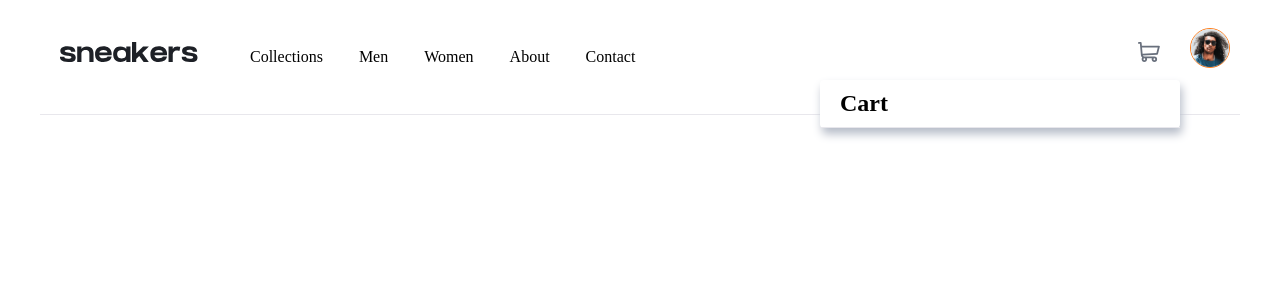
Repository: Bakyproit/Ecommerce
Page: index.html
An editor plug-in stored every save of this project. The page is shown before and after the next save, followed by the edit.
The browser window is 1280 px wide. The pictures show the whole page.
The style sheet was rebuilt from its Sass, Less or Tailwind sources for each picture, by a compiler version that may differ from the author's.

Above is the page before, as saved 2022-02-14 13:35:25.

After the next save:
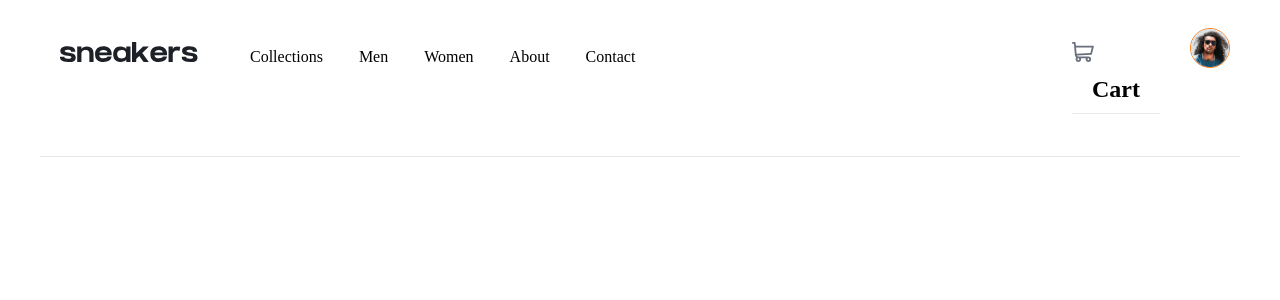
Saved 23 s later.
--- a/index.html
+++ b/index.html
@@ -43,7 +43,7 @@
                     <img src="./asset/images/icon-cart.svg" alt="">
                     <!-- cart-list--no-cart -->
                     <!-- cart-list--yes-cart-->
-                    <div class="cart-list cart-list--yes-cart">
+                    <div class="cart cart-list--yes-cart">
                         <h3 class="cart-list-heading">Cart</h3>
                         <span class="cart-list-message">Your cart is empty</span>
 
